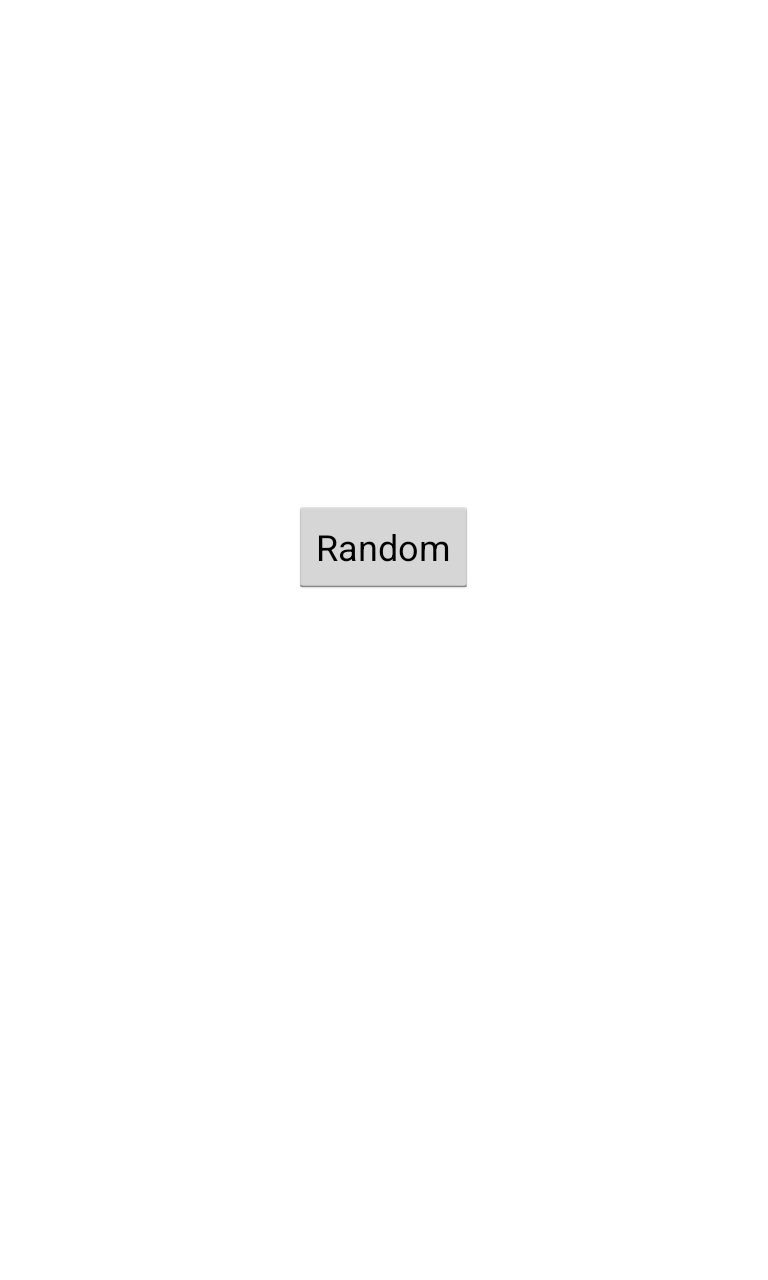
Repository: ek222mw/IDV436_API_Komponent
Layout: Labb1/res/layout/activity_main.xml
The author's editor kept a copy of each file at every save. The layout is drawn from the files as they stood at one save, then again after the next save.
It is drawn on a 768 x 1280 px phone screen (xhdpi) without system bars, with theme AppTheme; the app's code is not run.

Above is the layout before, as saved 2014-11-17 10:39:32.

### Labb1/res/layout/activity_main.xml
<LinearLayout xmlns:android="http://schemas.android.com/apk/res/android"
    xmlns:tools="http://schemas.android.com/tools"
    android:layout_width="match_parent"
    android:layout_height="match_parent"
    android:paddingBottom="@dimen/activity_vertical_margin"
    android:paddingLeft="@dimen/activity_horizontal_margin"
    android:paddingRight="@dimen/activity_horizontal_margin"
    android:paddingTop="@dimen/activity_vertical_margin"
    tools:context="com.example.labb1.MainActivity"
    android:orientation="vertical"
     >


      <TextView
        android:id="@+id/randomInt"
        android:layout_width="wrap_content"
        android:layout_height="wrap_content"
        android:text="@string/randomInt"
        android:layout_gravity="center"
        android:textSize="100sp"
         />

    <Button
        android:id="@+id/button_send"
        android:layout_width="wrap_content"
        android:layout_height="wrap_content"
        android:text="@string/random"

      	android:layout_marginTop="100dp"
      	android:layout_gravity="center"
        />





</LinearLayout>

### Labb1/res/values/strings.xml
<?xml version="1.0" encoding="utf-8"?>
<resources>

    <string name="app_name">Labb1</string>
    <string name="hello_world">Hello world!</string>
    <string name="action_settings">Settings</string>
    <string name="random">Random</string>
    <string name="randomInt"></string>

</resources>

Loaded but not shown: Labb1/res/values/styles.xml (common file); Labb1/res/values-v11/styles.xml (common file); Labb1/res/values-v14/styles.xml (common file); Labb1/res/values/dimens.xml (common file); Labb1/res/values-w820dp/dimens.xml (common file)

After the next save:
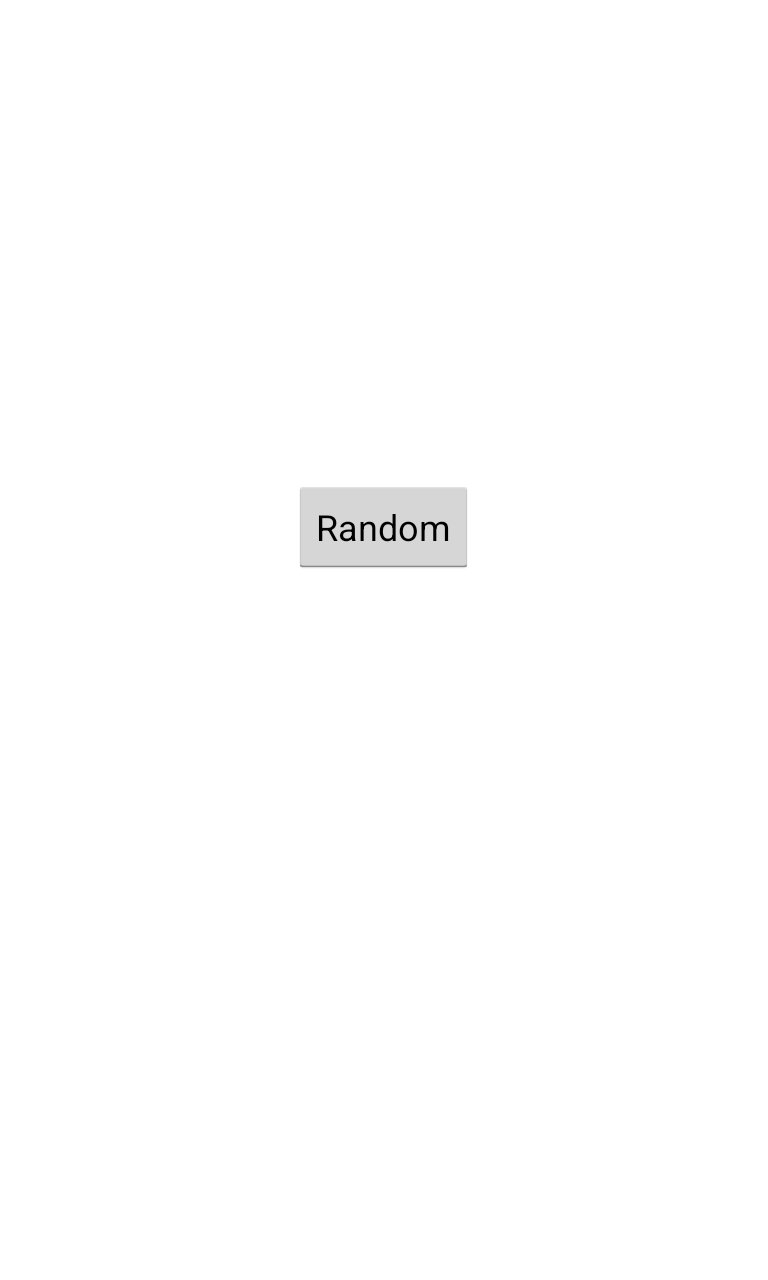
Saved 2 min 36 s later.
--- a/Labb1/res/layout/activity_main.xml
+++ b/Labb1/res/layout/activity_main.xml
@@ -26,7 +26,7 @@
         android:layout_height="wrap_content"
         android:text="@string/random"
 
-      	android:layout_marginTop="100dp"
+      	android:layout_marginTop="90dp"
       	android:layout_gravity="center"
         />
 
